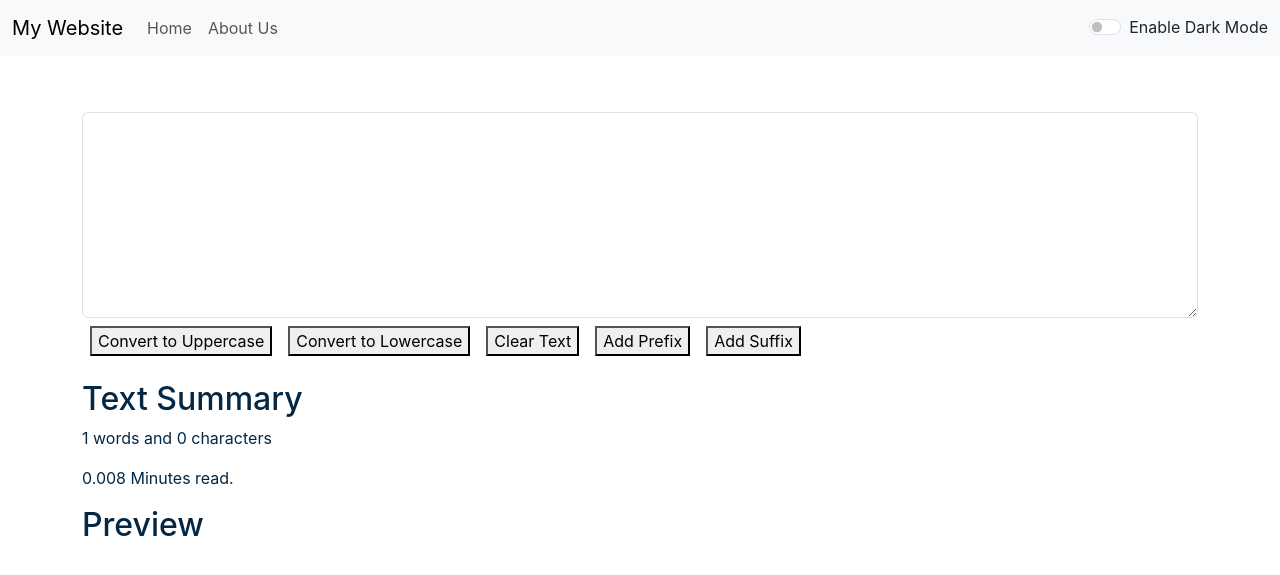
Repository: WajihaGul/Reactjs
Page: /
These files come from the project's save history. The page is drawn as it stood at one moment and after a run of saves; the edit follows.
The browser window is 1280 px wide. The pictures show the whole page.
The project was rebuilt for these pictures with package versions that can differ from the ones it lists, and the page was loaded fresh each time. Also part of the build but not shown: src/App.css.

Above is the page before, as saved 2024-02-08 09:45:14.

After the next 3 saves:
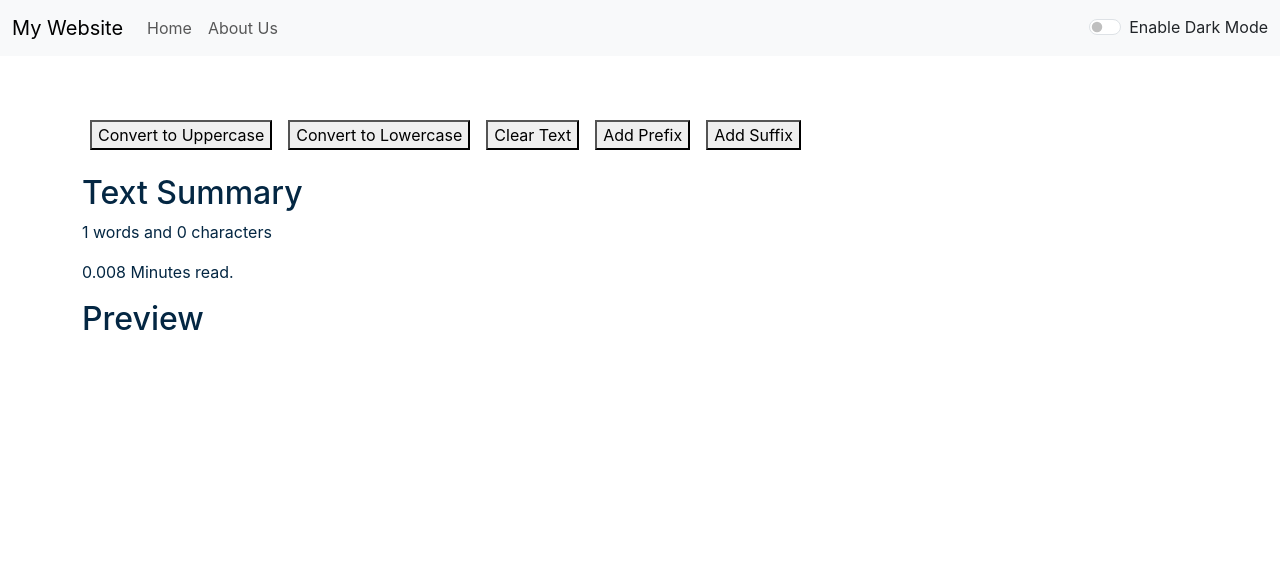
The 3 saves are shown as one change because 1 did not build or start and some came seconds apart.
The last was saved 36 s later.
--- a/src/Components/TextArea.js
+++ b/src/Components/TextArea.js
@@ -36,7 +36,6 @@
         <>
             <div className="container" style={{ color: props.mode === 'light' ? 'black' : 'white' }}>
                 <h1>Write Here</h1>
-                <textarea className="form-control" value={text} onChange={textOnChange} style={{ color: props.mode === 'light' ? 'black' : 'white', color: props.mode === 'light' ? 'black' : 'white' }} id="myBox" rows="8"></textarea>
                 <button className="btn1 mx-2 my-2" onClick={textUpper}>Convert to Uppercase</button>
                 <button className="btn2 mx-2 my-2" onClick={textLower}>Convert to Lowercase</button>
                 <button className="btn3 mx-2 " onClick={textClear}>Clear Text</button>

After the 2 saves that followed:
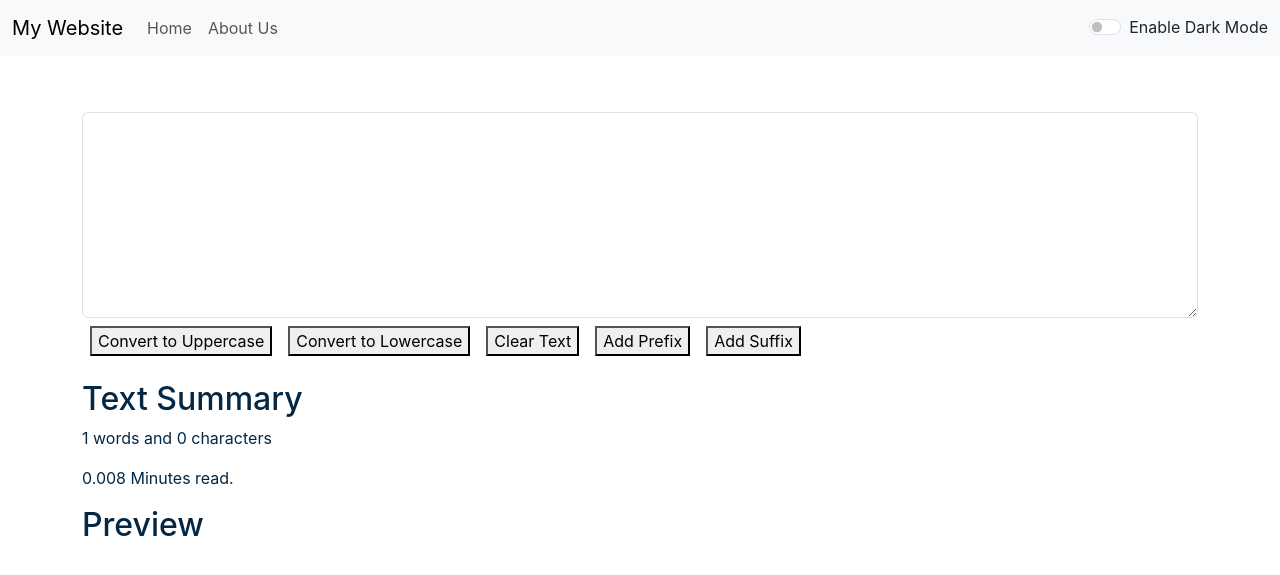
The 2 saves are shown as one change because they came seconds apart.
The last was saved 11 s later.
--- a/src/Components/TextArea.js
+++ b/src/Components/TextArea.js
@@ -36,6 +36,7 @@
         <>
             <div className="container" style={{ color: props.mode === 'light' ? 'black' : 'white' }}>
                 <h1>Write Here</h1>
+                <textarea className="form-control" value={text} onChange={textOnChange} style={{ backgroundColor: props.mode === 'light' ? 'black' : 'white', color: props.mode === 'light' ? 'black' : 'white' }} id="myBox" rows="8"></textarea>
                 <button className="btn1 mx-2 my-2" onClick={textUpper}>Convert to Uppercase</button>
                 <button className="btn2 mx-2 my-2" onClick={textLower}>Convert to Lowercase</button>
                 <button className="btn3 mx-2 " onClick={textClear}>Clear Text</button>
